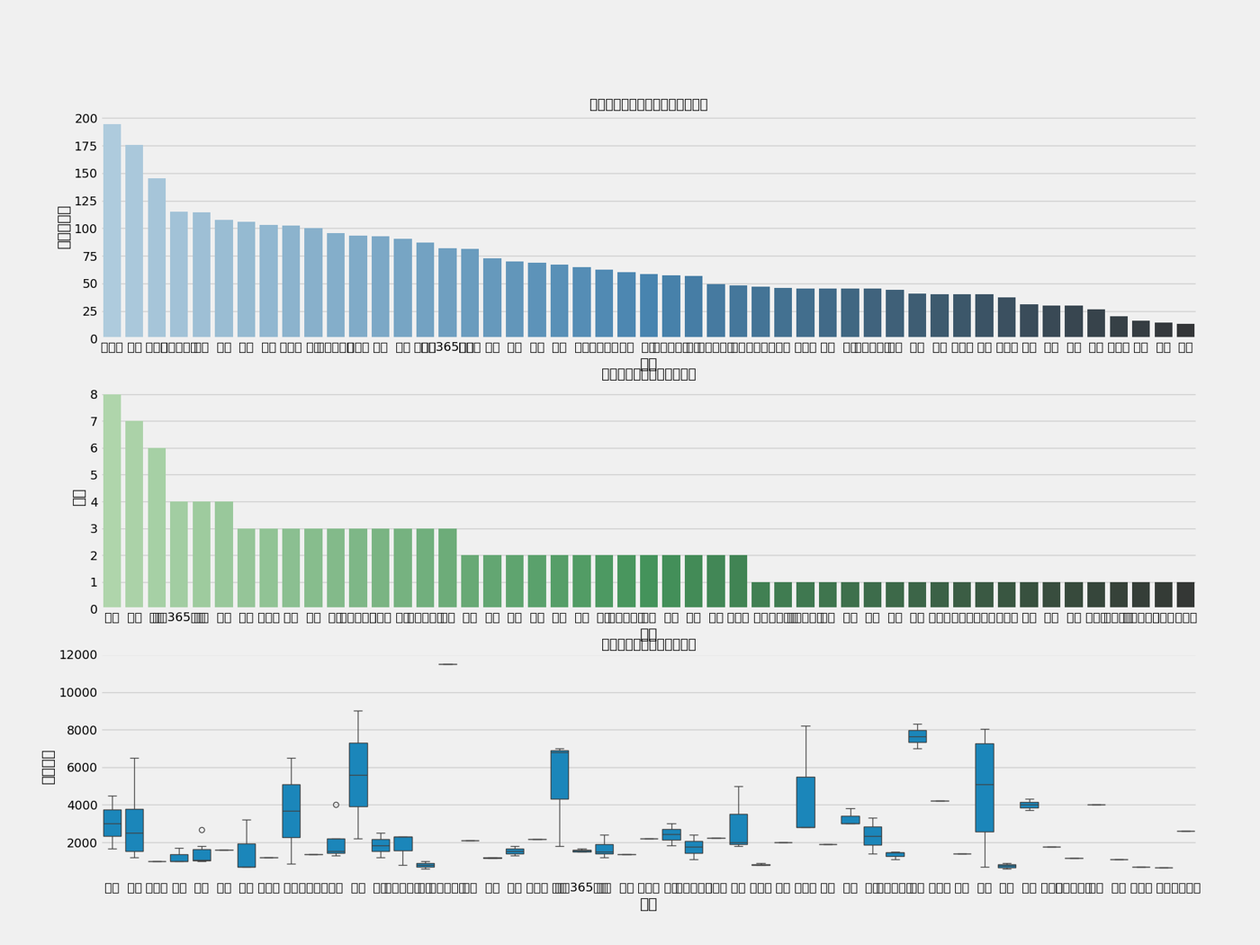
Repository: heavy-snowy/python
Script's output: python analy.py
The author's editor kept a copy of each file at every save. The script's output is drawn from the files as they stood at one save, then again after the next save.
The pictures are shown at 90% of full size.
Figures wider than 1,400 px are first shrunk to that width. Random numbers start from a fixed seed.

Above is the script's output before, as saved 2020-03-09 16:54:01.

After the next save:
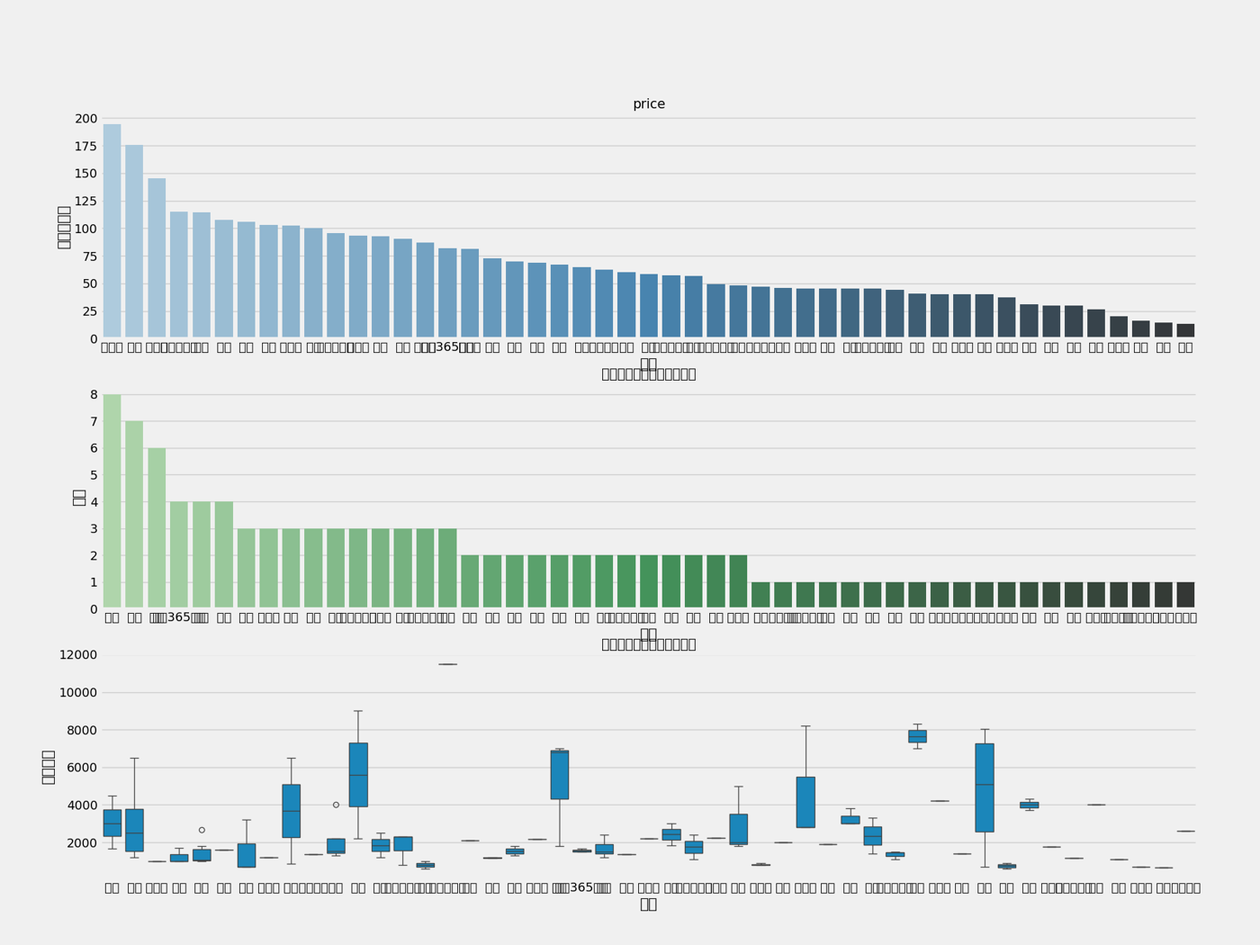
Saved 29 s later.
--- a/analy.py
+++ b/analy.py
@@ -39,7 +39,7 @@ df_house_mean = zf.groupby('Region')['perPrice'].mean().sort_values(ascending=Fa
 
 f, [ax1,ax2,ax3] = plt.subplots(3,1,figsize=(20,15))
 sns.barplot(x='Region', y='perPrice', palette="Blues_d", data=df_house_mean, ax=ax1)
-ax1.set_title('北京各大区二手房每平米单价对比',fontsize=15)
+ax1.set_title('price',fontsize=15)
 ax1.set_xlabel('区域')
 ax1.set_ylabel('每平米单价')
 
